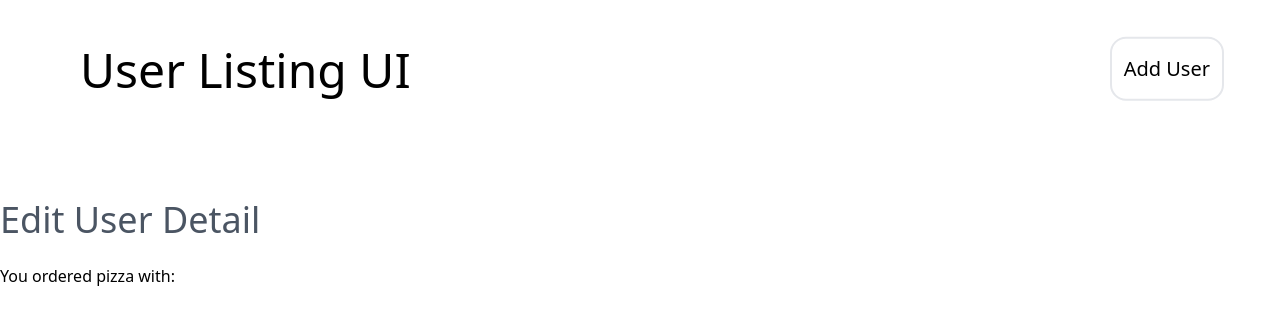
Repository: Marlstergo/listings
Page: /order (app in client/)
These files come from the project's save history. The page is drawn as it stood at one moment and after the next save; the edit follows.
The browser window is 1280 px wide. The pictures show the whole page.
The project was rebuilt for these pictures with package versions that can differ from the ones it lists, and the page was loaded fresh each time. Also part of the build but not shown: client/craco.config.js, client/src/components/Loader.js, client/src/components/UserRow.jsx, client/src/components/Home.js, client/src/components/Modal.js. Imported but missing from the stored project, and not drawn on this page: client/src/components/Base, client/src/components/Toppings.

Above is the page before, as saved 2021-07-21 15:12:39.

### client/src/index.js
/* eslint-disable no-unused-vars */
import React from "react";
import ReactDOM from "react-dom";
import "./index.css";
import App from "./App";
import reportWebVitals from "./reportWebVitals";
import { BrowserRouter as Router } from 'react-router-dom';
import { Provider } from "react-redux";
import { store } from "./redux/store";
import { PersistGate } from "redux-persist/integration/react";
import { persistor } from "./redux/store";

ReactDOM.render(
  <React.StrictMode>
    <Provider store={store}>
      <Router>
        <PersistGate persistor={persistor}>
          <App />
        </PersistGate>
      </Router>
    </Provider>
  </React.StrictMode>,
  document.getElementById("root")
);

// If you want to start measuring performance in your app, pass a function
// to log results (for example: reportWebVitals(console.log))
// or send to an analytics endpoint. Learn more: https://bit.ly/CRA-vitals
reportWebVitals();

### client/src/App.js
import React, { useState } from 'react';
import {BrowserRouter, Route, Switch, useLocation } from "react-router-dom";
import Header from './components/Header';
import Home from './components/Home';
import Base from './components/Base';
import Toppings from './components/Toppings';
import Order from './components/EditUser';
import Modal from './components/Modal';
import { AnimatePresence } from 'framer-motion';

function App() {
  const location = useLocation();
  const showModal = true;

  return (
    <>
      <Header />
      {/* <Modal showModal={showModal} /> */}
      <AnimatePresence exitBeforeEnter>
      <BrowserRouter>
        <Switch >
          <Route
          exact
          name="home"
          path="/">
            <Home />
          </Route>
          {/* <Route exact path="/createUpdateUser">
            <Toppings />
          </Route> */}
          <Route path="/order"
          exact
          name="order">
            <Order />
          </Route>

        </Switch>
        </BrowserRouter>
      </AnimatePresence>

    </>
  );
}

export default App;

### client/src/redux/store.js
import { createStore, applyMiddleware } from "redux";
import { logger } from 'redux-logger';
import {persistStore} from 'redux-persist';
// import thunk from 'redux-thunk'
import createSagaMiddleware from 'redux-saga'

import rootSaga from './root-sagas'

import rootReducer from './root-reducer';

const sagaMiddleware = createSagaMiddleware()

const middleware = [sagaMiddleware];

if( process.env.NODE_ENV === 'development'){
    middleware.push(logger)
}

export const store = createStore(rootReducer, applyMiddleware(...middleware))

sagaMiddleware.run(rootSaga)

export const persistor = persistStore(store)

export default (store, persistor);

### client/src/components/Header.js
import React from "react";
import { motion } from "framer-motion";

const svgVariants = {
  hidden: { rotate: -180 },
  visible: {
    rotate: 0,
    transition: { duration: 1 },
  },
};

const pathVariants = {
  hidden: {
    opacity: 0,
    pathLength: 0,
  },
  visible: {
    opacity: 1,
    pathLength: 1,
    transition: {
      duration: 2,
      ease: "easeInOut",
    },
  },
};

const buttonVariants = {
  show: {
    y: [0, -20],
    x: 0,
    textShadow: "0px 0px 8px rgb(255,255,255)",
    boxShadow: "0px 0px 8px rgb(255,255,255)",
    transition: {
      duration: 0.3,
      yoyo: Infinity,
      ease: 'easeOut'
    },
  },
};

const Header = () => {
  return (
    <header className="flex p-14 w-screen justify-between  items-center">
      {/* <motion.div
        className="logo"
        drag
        dragConstraints={{ left: 0, top: 0, right: 0, bottom: 0 }}
        dragElastic={0.7}
      >

      </motion.div> */}
      <motion.div
        className=" flex justify-between w-full ml-6 text-xs"
        initial={{ y: -250 }}
        animate={{ y: -10 }}
        transition={{ delay: 0.2, type: "spring", stiffness: 120 }}
      >
        <h1 className=" pb-4 text-5xl">User Listing UI</h1>
        <motion.button variants={buttonVariants} whileHover="hover"
        animate="show"
        className="text-xl border-2 px-3 rounded-2xl"
        >
          Add User
        </motion.button>
      </motion.div>
    </header>
  );
};

export default Header;

### client/src/components/EditUser.js
import React, { useEffect } from 'react';
import { motion } from 'framer-motion';

const containerVariants = {
  hidden: {
    opacity: 0,
    x: '100vw',
    transition: {
      staggerChildren: 0.5,
    }
  },
  visible: {
    opacity: 1,
    x: 0,
    transition: {
      type: 'spring',
      mass: 0.4,
      damping: 8,
      staggerChildren: 0.4,
      when: "beforeChildren",
    }
  },
};

const childVariants = {
  hidden: {
    opacity: 0,
  },
  visible: {
    opacity: 1,
  }
}

const Order = () => {


  return (
    <motion.div className="container order flex"
      variants={containerVariants}
      initial="hidden"
      animate="visible"
      exit="exit"
    >
      <div className="w-2/3 ">
        <h1 className="text-gray-600 py-6 text-4xl">Edit User Detail</h1>

      <motion.p variants={childVariants}>You ordered  pizza with:</motion.p>
      <motion.div variants={childVariants}>

      </motion.div>
      </div>
    </motion.div>
  )
}

export default Order;

### client/src/redux/root-sagas.js
import {all, call} from 'redux-saga/effects'
import {userSagas} from './user/user.sagas'


export default function* rootSaga(){
    yield all([
        call(userSagas),
    ])
}

### client/src/redux/root-reducer.js
import {combineReducers} from 'redux'
import userReducer from './user/user.reducer'
// import cartReducer from './cart/cart.reducer'
import {persistReducer} from 'redux-persist'
import storage from 'redux-persist/lib/storage'
// import directoryReducer from './directory/directory.reducer'
// import shopReducer from './shop/shop.reducer'

const persistConfig ={
    key: 'root',
    storage,
    whitelist: ['' ]
}
const rootReducer = combineReducers({
    user: userReducer,

})
export default persistReducer(persistConfig, rootReducer)

### client/src/redux/user/user.sagas.js
import { all, call, put, takeLatest } from "redux-saga/effects";

import UserActionTypes from "./user.types";
import { loadUserDetail } from "./user.action";
// import axios from "axios";
// import { getUserDetailsURL } from "../../components/stringConstants";

export function* getDetails() {
  yield console.log("i fired");

  // try {
  //   console.log("inside try");

  //   const res = yield axios.get(getUserDetailsURL);
  //   const data = yield res.data;
  //   console.log(res);
  //   yield put(loadUserDetail(data ? data.data[0] : {}));
  // } catch (err) {
  //   console.log(err.response);
  //   if (err.response && err.response.statusText === "Not Found") {
  //     // console.log("");
  //     window.location.href = "/profile/settings?newUser=0837";
  //   }
  // }
}

export function* getUserDetails() {
  yield takeLatest(UserActionTypes.GET_USER_DETAIL, getDetails);
}
// export function* loadUserDetails(){
//     yield takeLatest(UserActionTypes.LOAD_USER_DETAIL, loadDetails)
// }

export function* userSagas() {
  yield all([call(getUserDetails)]);
}

### client/src/redux/user/user.reducer.js
import UserActionTypes from "./user.types";
const INITIAL_STATE = {
  // currentUser: null,
  userDetail: {},
  demo: 'i am demo',
  location: null

};
const userReducer = (state = INITIAL_STATE, action) => {
  switch (action.type) {

    case UserActionTypes.LOAD_USER_DETAIL:
      return {
        ...state,
        userDetail: action.payload,
      };

    case UserActionTypes.COLLECT_GEOLOCATION:
      return {
        ...state,
        location: action.payload
      }
    default:
      return state;
  }
};

export default userReducer;

### client/src/redux/user/user.types.js
const UserActionTypes ={
    GOOGLE_SIGN_IN_START : 'GOOGLE_SIGN_IN_START',
    SIGN_IN_SUCCESS : 'SIGN_IN_SUCCESS',
    SIGN_IN_FAILURE : 'SIGN_IN_FAILURE',
    GET_USER_DETAIL: 'GET_USER_DETAIL',
    LOAD_USER_DETAIL: 'LOAD_USER_DETAIL',
    COLLECT_GEOLOCATION: 'COLLECT_GEOLOCATION',
    FETCH_GEOLOCATION: 'FETCH_GEOLOCATION'
}
export default UserActionTypes;

### client/src/redux/user/user.action.js
import UserActionTypes from './user.types'



// export const googleSignInStart = () => ({
//     type: UserActionTypes.GOOGLE_SIGN_IN_START
// })

// export const signInSuccess = (user) => ({
//     type: UserActionTypes.SIGN_IN_SUCCESS,
//     payload: user
// })

export const getUserDetail = () => ({
    type: UserActionTypes.GET_USER_DETAIL,

})
export const loadUserDetail = (details) => ({
    type: UserActionTypes.LOAD_USER_DETAIL,
    payload: details
})

export const fetchGeoloction = () => ({
    type: UserActionTypes.FETCH_GEOLOCATION
})
export const collectGeolocation = (location) => ({
    type: UserActionTypes.COLLECT_GEOLOCATION,
    payload: location
})
// })

### client/tailwind.config.js
  // tailwind.config.js
  module.exports = {
    // mode:'jit',
    purge: ['./src/**/*.{js,jsx,ts,tsx}', './public/index.html'],
     darkMode: false, // or 'media' or 'class'
     theme: {
       extend: {},
     },
     variants: {
       extend: {},
     },
     plugins: [],
   }

Loaded but not shown: client/public/index.html (common file); client/src/index.css (common file); client/src/reportWebVitals.js (common file)

After the next save:
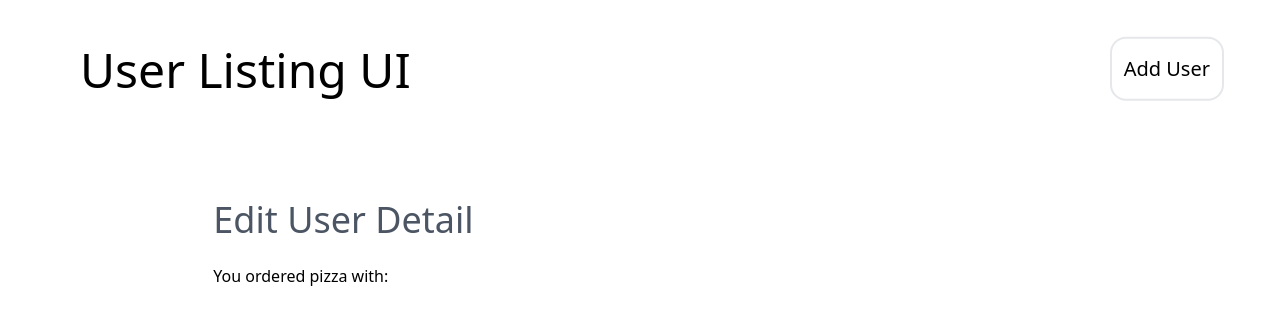
Saved 15 s later.
--- a/client/src/components/EditUser.js
+++ b/client/src/components/EditUser.js
@@ -35,7 +35,7 @@ const Order = () => {
 
 
   return (
-    <motion.div className="container order flex"
+    <motion.div className="container order flex justify-center"
       variants={containerVariants}
       initial="hidden"
       animate="visible"
